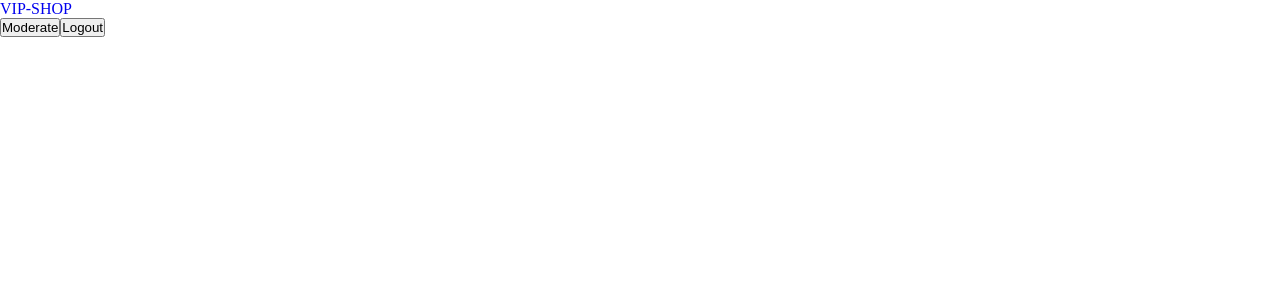
Repository: Mirsmog/VIP-SHOP
Page: /admin (app in client/)
These files come from the project's save history. The page is drawn as it stood at one moment and after the next save; the edit follows.
The browser window is 1280 px wide. The pictures show the whole page.
The project was rebuilt for these pictures with package versions that can differ from the ones it lists, and the page was loaded fresh each time. Also part of the build but not shown: client/vite.config.js, client/src/pages/Auth.jsx, client/src/pages/DevicePage.jsx, client/src/components/TypeBar.jsx, client/src/components/BrandBar.jsx, client/src/components/DeviceItem.jsx, client/src/components/DeviceList.jsx, client/src/pages/Shop.jsx and 1 more.

Above is the page before, as saved 2023-11-04 16:32:04.

### client/src/main.jsx
import React from 'react';
import ReactDOM from 'react-dom/client';
import App from './App.jsx';
import userStore from './store/userStore.js';
import deviceStore from './store/deviceStore.js';
export const Context = React.createContext(null);

ReactDOM.createRoot(document.getElementById('root')).render(
  <React.StrictMode>
    <Context.Provider
      value={{
        user: new userStore(),
        device: new deviceStore(),
      }}
    >
      <App />
    </Context.Provider>
  </React.StrictMode>
);

### client/src/App.jsx
import { BrowserRouter } from 'react-router-dom';
import './App.css';
import AppRouter from './components/AppRouter';
import NavBar from './components/NavBar';

function App() {
  const isAuth = false;
  return (
    <BrowserRouter>
      <NavBar />
      <AppRouter />
    </BrowserRouter>
  );
}

export default App;

### client/src/store/userStore.js
import { makeAutoObservable } from 'mobx';
export default class userStore {
  constructor() {
    this._isAuth = true;
    this._user = {};
    makeAutoObservable(this);
  }
  setIsAuth(bool) {
    this._isAuth = bool;
  }
  setUser(user) {
    this._user = user;
  }
  get isAuth() {
    return this._isAuth;
  }
  get user() {
    return this._user;
  }
}

### client/src/store/deviceStore.js
import { makeAutoObservable } from 'mobx';
export default class deviceStore {
  constructor() {
    this._types = [
      { id: 1, name: 'Phones' },
      { id: 2, name: 'Laptops' },
      { id: 3, name: 'Televisions' },
      { id: 4, name: 'Game Stations' },
      { id: 5, name: 'Computers' },
      { id: 6, name: 'Wash machines' },
    ];
    this._brands = [
      { id: 1, name: 'Xiaomi' },
      { id: 2, name: 'Lenovo' },
      { id: 3, name: 'Apple' },
      { id: 4, name: 'Samsung' },

    ];
    this._selectedType = {};
    this._selectedBrand = {};

    this._devices = [
      {
        id: 1,
        name: 'iphone 12 max pro',
        price: 98000,
        rating: 5,
        img: 'https://www.tradeinn.com/f/13782/137821846/apple-iphone-12-pro-max-6gb-128gb-67-%D0%B4%D1%8E%D0%B9%D0%BC%D0%B0.jpg',
      },
      {
        id: 2,
        name: 'iphone 12 max pro',
        price: 98000,
        rating: 5,
        img: 'https://www.tradeinn.com/f/13782/137821846/apple-iphone-12-pro-max-6gb-128gb-67-%D0%B4%D1%8E%D0%B9%D0%BC%D0%B0.jpg',
      },
      {
        id: 3,
        name: 'iphone 12 max pro',
        price: 98000,
        rating: 5,
        img: 'https://www.tradeinn.com/f/13782/137821846/apple-iphone-12-pro-max-6gb-128gb-67-%D0%B4%D1%8E%D0%B9%D0%BC%D0%B0.jpg',
      },
      {
        id: 4,
        name: 'iphone 12 max pro',
        price: 98000,
        rating: 5,
        img: 'https://www.tradeinn.com/f/13782/137821846/apple-iphone-12-pro-max-6gb-128gb-67-%D0%B4%D1%8E%D0%B9%D0%BC%D0%B0.jpg',
      },{
        id: 5,
        name: 'iphone 12 max pro',
        price: 98000,
        rating: 5,
        img: 'https://www.tradeinn.com/f/13782/137821846/apple-iphone-12-pro-max-6gb-128gb-67-%D0%B4%D1%8E%D0%B9%D0%BC%D0%B0.jpg',
      },{
        id: 6,
        name: 'iphone 12 max pro',
        price: 98000,
        rating: 5,
        img: 'https://www.tradeinn.com/f/13782/137821846/apple-iphone-12-pro-max-6gb-128gb-67-%D0%B4%D1%8E%D0%B9%D0%BC%D0%B0.jpg',
      },{
        id: 7,
        name: 'iphone 12 max pro',
        price: 98000,
        rating: 5,
        img: 'https://www.tradeinn.com/f/13782/137821846/apple-iphone-12-pro-max-6gb-128gb-67-%D0%B4%D1%8E%D0%B9%D0%BC%D0%B0.jpg',
      },{
        id: 8,
        name: 'iphone 12 max pro',
        price: 98000,
        rating: 5,
        img: 'https://www.tradeinn.com/f/13782/137821846/apple-iphone-12-pro-max-6gb-128gb-67-%D0%B4%D1%8E%D0%B9%D0%BC%D0%B0.jpg',
      },
    ];
    makeAutoObservable(this);
  }
  setSelectedType(type) {
    this._selectedType = type;
  }
  setSelectedBrand(brand) {
    this._selectedBrand = brand;
  }
  setTypes(types) {
    this._types = types;
  }
  setBrands(brands) {
    this._brands = brands;
  }
  setDevices(devices) {
    this._devices = devices;
  }

  get types() {
    return this._types;
  }
  get brands() {
    return this._brands;
  }
  get devices() {
    return this._devices;
  }
  get selectedType() {
    return this._selectedType;
  }
  get selectedBrand() {
    return this._selectedBrand;
  }
}

### client/src/App.css
* {
  margin: 0;
  padding: 0;
}



a{
  text-decoration: none;
}

### client/src/components/AppRouter.jsx
import React from 'react';
import { Route, Routes, redirect } from 'react-router-dom';
import { authRoutes, publicRoutes } from '../routes';
import { Context } from '../main';

function AppRouter() {
  const { user } = React.useContext(Context);
  return (
    <Routes>
      {user.isAuth &&
        authRoutes.map(({ path, Component }) => (
          <Route key={path} path={path} element={Component}></Route>
        ))}
      {publicRoutes.map(({ path, Component }) => (
        <Route key={path} path={path} element={<Component />}></Route>
      ))}
    </Routes>
  );
}

export default AppRouter;

### client/src/components/NavBar.jsx
import React from 'react';
import Container from 'react-bootstrap/Container';
import Nav from 'react-bootstrap/Nav';
import Navbar from 'react-bootstrap/Navbar';
import Button from 'react-bootstrap/Button';
import { NavLink, useLocation, useNavigate } from 'react-router-dom';
import { ADMIN_ROUTE, LOGIN_ROUTE, SHOP_ROUTE } from '../utils/consts';
import { observer } from 'mobx-react-lite'; // Or "mobx-react".
import { Context } from '../main';

const NavBar = observer(() => {
  const { user } = React.useContext(Context);
  const navigate = useNavigate();
  return (
    <Navbar bg='dark' data-bs-theme='dark' variant='dark'>
      <Container>
        <NavLink
          className='text-warning text-2xl h3 font-weight-bold '
          to={SHOP_ROUTE}
        >
          VIP-SHOP
        </NavLink>
        {user.isAuth ? (
          <Nav className=' ml-auto gap-2'>
            <Button
              variant={'outline-light'}
              onClick={() => navigate(ADMIN_ROUTE)}
            >
              Moderate
            </Button>
            <Button
              variant={'outline-light'}
              onClick={() => navigate(LOGIN_ROUTE)}
            >
              Logout
            </Button>
          </Nav>
        ) : (
          <Nav className=' ml-auto'>
            <Button variant={'outline-light'} onClick={() => navigate()}>
              Join us
            </Button>
          </Nav>
        )}
      </Container>
    </Navbar>
  );
});

export default NavBar;

### client/src/routes.js
import Admin from './pages/Admin';
import Auth from './pages/Auth';
import DevicePage from './pages/DevicePage';
import Shop from './pages/Shop';
import Basket from './pages/Basket';
import {
  ADMIN_ROUTE,
  BASKET_ROUTE,
  DEVICE_ROUTE,
  LOGIN_ROUTE,
  REGISTRATION_ROUTE,
  SHOP_ROUTE,
} from './utils/consts';

export const authRoutes = [
  {
    path: ADMIN_ROUTE,
    Component: Admin,
  },
  {
    path: BASKET_ROUTE,
    Component: Basket,
  },
];

export const publicRoutes = [
  {
    path: SHOP_ROUTE,
    Component: Shop,
  },
  {
    path: LOGIN_ROUTE,
    Component: Auth,
  },
  {
    path: REGISTRATION_ROUTE,
    Component: Auth,
  },
  {
    path: DEVICE_ROUTE + '/:id',
    Component: DevicePage,
  },
];

### client/src/utils/consts.js
export const ADMIN_ROUTE = '/admin';
export const LOGIN_ROUTE = '/login';
export const REGISTRATION_ROUTE = '/registration';
export const SHOP_ROUTE = '/';
export const BASKET_ROUTE = '/basket';
export const DEVICE_ROUTE = '/device';

### client/src/pages/Admin.jsx
import React from 'react';
import Button from 'react-bootstrap/esm/Button';
import Container from 'react-bootstrap/esm/Container';

function Admin() {
  return (
    <Container className='d-flex flex-column'>
      123
      <Button variant='outline-dark' className='mt-2'>
        Add type
      </Button>
      <Button variant='outline-dark' className='mt-2'>
        Add Brand
      </Button>
      <Button variant='outline-dark' className='mt-2'>
        Add Device
      </Button>
    </Container>
  );
}

export default Admin;

After the next save:
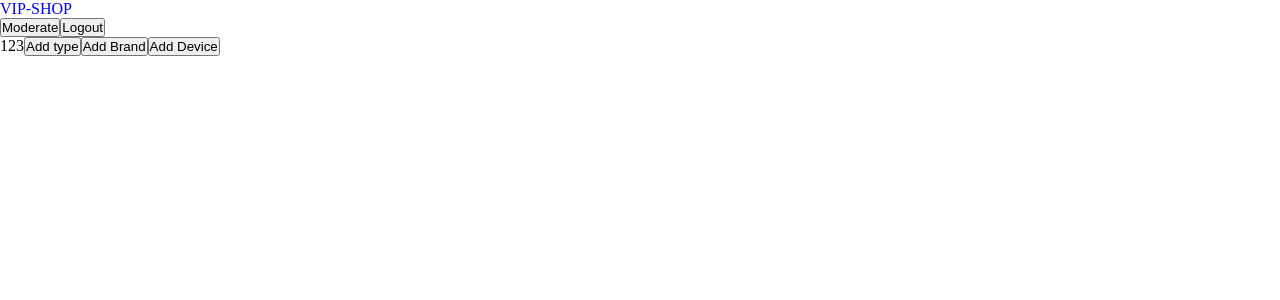
Saved 32 s later.
--- a/client/src/components/AppRouter.jsx
+++ b/client/src/components/AppRouter.jsx
@@ -9,7 +9,7 @@ function AppRouter() {
     <Routes>
       {user.isAuth &&
         authRoutes.map(({ path, Component }) => (
-          <Route key={path} path={path} element={Component}></Route>
+          <Route key={path} path={path} element={<Component/>}></Route>
         ))}
       {publicRoutes.map(({ path, Component }) => (
         <Route key={path} path={path} element={<Component />}></Route>
